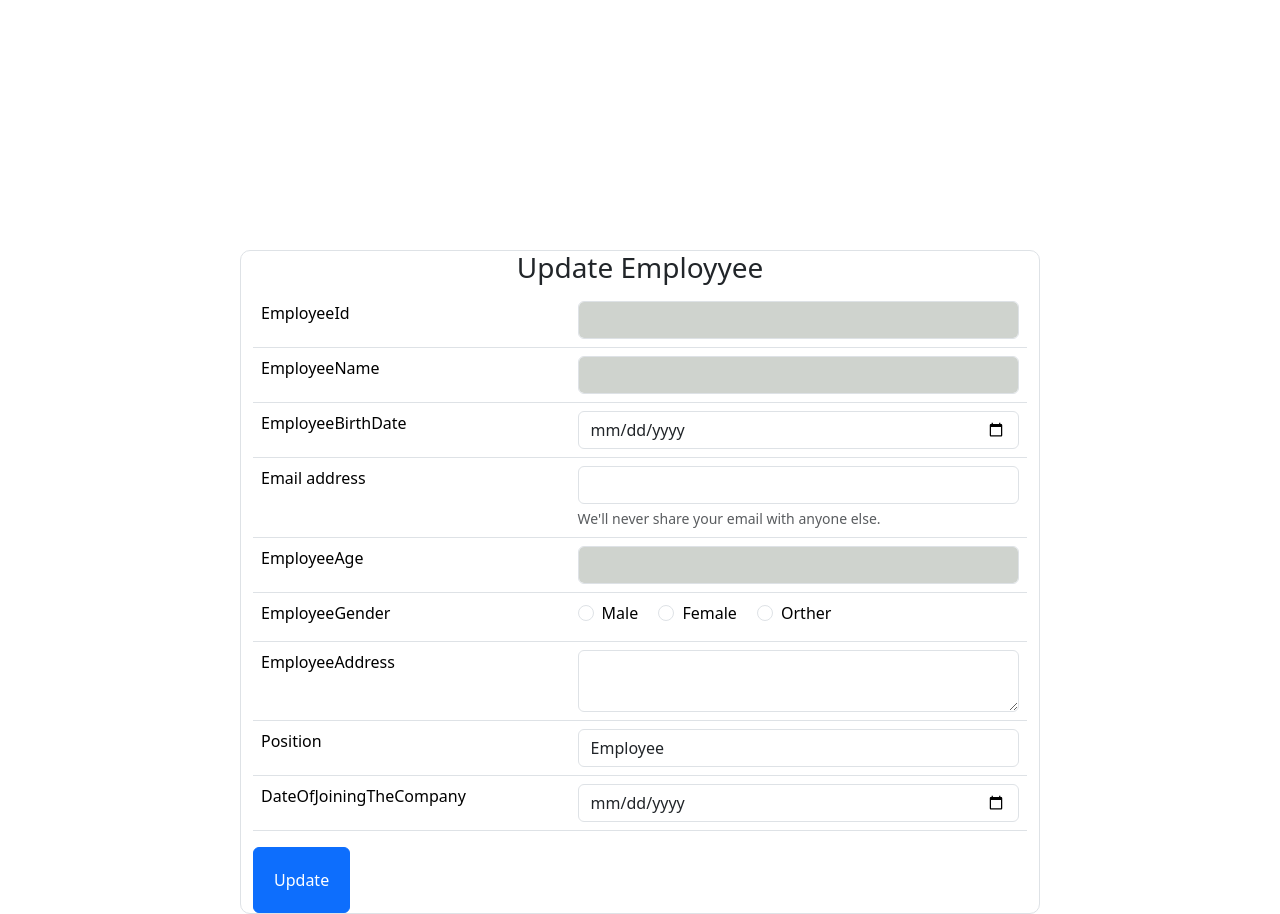
Repository: tranhuuan1703/BaiTapServlet
Page: http://localhost/bai_tap_jsp_servlet/views/Edit.jsp
An editor plug-in stored every save of this project. The page is shown before and after the next save, followed by the edit.
The browser window is 1280 px wide. The pictures show the whole page.
Some web libraries are served in a nearby version. The page is served by Tomcat 9.

Above is the page before, as saved 2024-08-14 07:05:46.

After the next save:
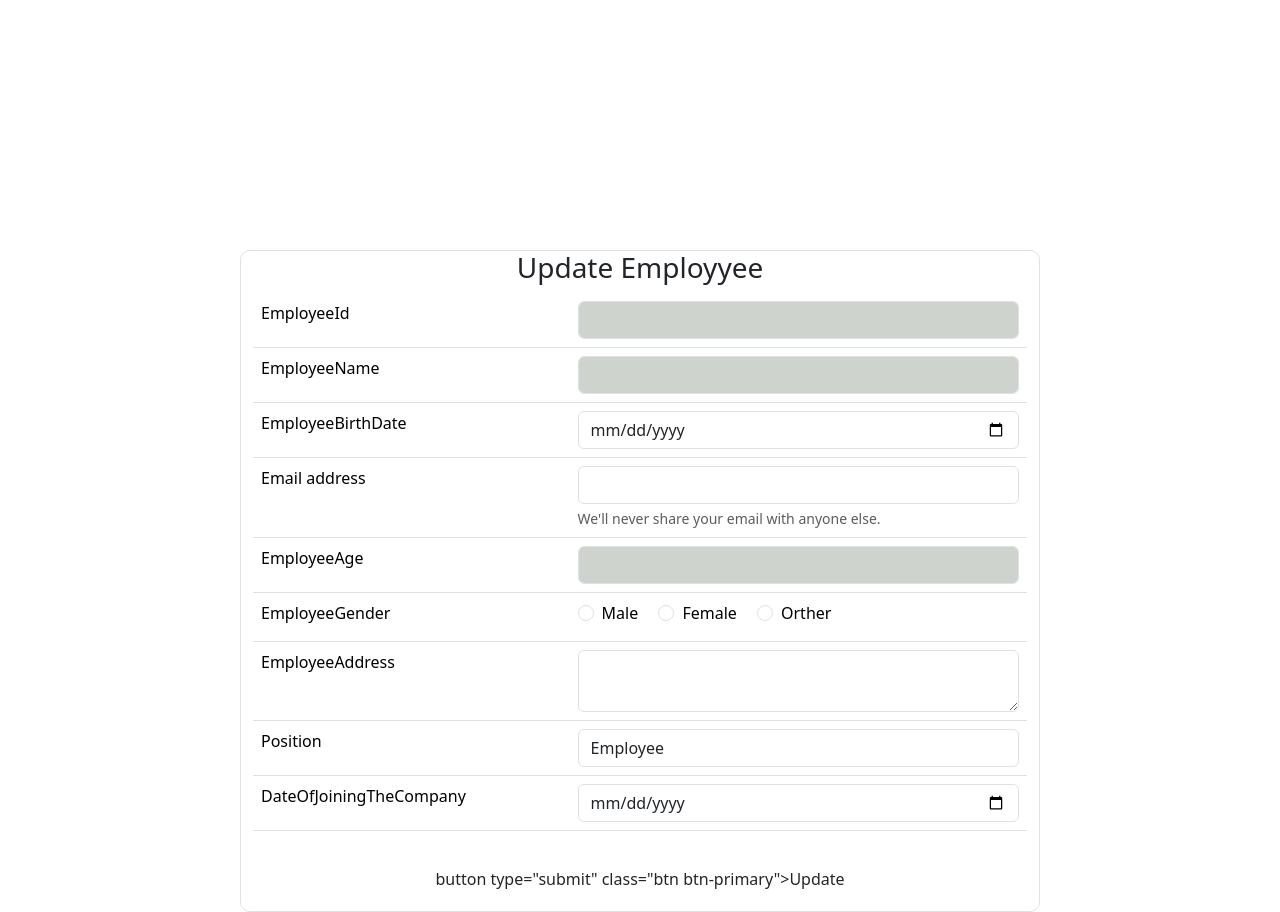
Saved 43 s later.
--- a/bai_tap_jsp_servlet/bai_tap_jsp_servlet/src/main/webapp/views/Edit.jsp
+++ b/bai_tap_jsp_servlet/bai_tap_jsp_servlet/src/main/webapp/views/Edit.jsp
@@ -102,7 +102,9 @@
                   </td>
                </tr>
             </table>
-            <button type="submit" class="btn btn-primary" style="padding:20px;">Update</button>
+            <div class="grid text-center" style="padding:20px;">
+            	button type="submit" class="btn btn-primary">Update</button>
+            </div>
          </form>
       </div>
    </body>
